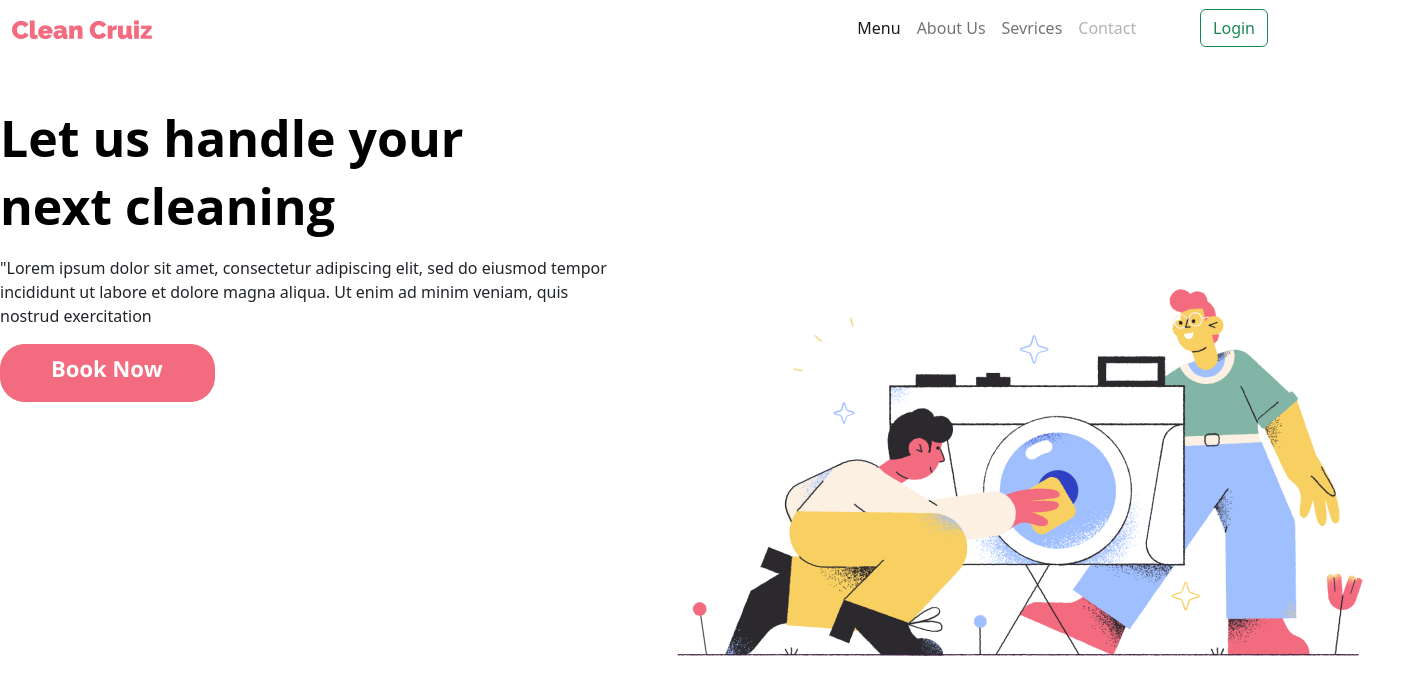
Repository: uy022/QuocUybaitapgiuaki
Page: index.html
These files come from the project's save history. The page is drawn as it stood at one moment and after the next save; the edit follows.
The browser window is 1280 px wide. The page is 1423 px wide, then 1367 px, then 1423 px, so the pictures cover 1423 px, including what lies to the right of the window. The pictures show the whole page.

Above is the page before, as saved 2022-08-30 23:20:04.

### index.html
<!DOCTYPE html>
<html>
    <head>
        <title> Bài tập giữa kỳ </title>
        <link href="node_modules/bootstrap/dist/css/bootstrap.min.css" rel="stylesheet" />
       <link rel="stylesheet" href="./css/style1.css">
    </head>
    <body>

        <div class="menu">
            <nav class="navbar navbar-expand-lg menu1">
                <div class="container-fluid">
                  <div class="col-md-8 logo">
                    <img src="./imgs/Clean Cruiz LOGO 1.png" alt="">
                  </div>
                  <button class="navbar-toggler" type="button" data-bs-toggle="collapse" data-bs-target="#navbarSupportedContent" aria-controls="navbarSupportedContent" aria-expanded="false" aria-label="Toggle navigation">
                    <span class="navbar-toggler-icon"></span>
                  </button>
                  <div class="collapse navbar-collapse" id="navbarSupportedContent">
                    <ul class="navbar-nav me-auto  mb-2 mb-lg-0">
                      <li class="nav-item">
                        <a class="nav-link active" aria-current="page" href="#">Menu</a>
                      </li>
                      <li class="nav-item">
                        <a class="nav-link" href="#">About Us</a>
                      </li>
                      <li class="nav-item">
                        <a class="nav-link" href="#">Sevrices</a>
                      </li>
                      <li class="nav-item">
                        <a class="nav-link disabled">Contact</a>
                      </li>
                    </ul>
                    <form class="d-flex" >
                      <button class="btn btn-outline-success" type="submit">Login</button>
                    </form>
                  </div>
                </div>
              </nav>
        </div>


        <div class="content">
          <div class=" container1">
              <div class="title mt-5">
                <p>Let us handle your <br> next cleaning</p>
              </div>
              <div class="row">
                  <div class="col-6">
                      <div class="item">
                          <p>
                            "Lorem ipsum dolor sit amet, consectetur adipiscing elit, sed do eiusmod tempor incididunt ut labore et dolore magna aliqua. Ut enim ad minim veniam, quis nostrud exercitation
                          </p>
                          <div class="md-5">
                           <img src="./imgs/Book now.png" alt="">
                          </div>
                      </div>
                    </div>

                 <div class = "col-6">
                    <div class="anh" >
                        <img src="./imgs/Illustration 1 1.png" >
                    </div>
                 </div>
          </div>

        </div>




    </body>
    <script src="/node_modules/bootstrap/dist/js/bootstrap.min.js"> </script>
</html>

### css/style1.css
.title{
    font-family: 'Open Sans';
font-style: normal;
font-weight: 700;
font-size: 50px;
line-height: 68px;
color: #000000;
}
.fone{
    font-family: 'Open Sans';
font-style: normal;
font-weight: 300;
font-size: 16px;
line-height: 22px;

color: #000000;

}

Loaded but not shown: node_modules/bootstrap/dist/css/bootstrap.min.css (library); node_modules/bootstrap/dist/js/bootstrap.min.js (library)

After the next save:
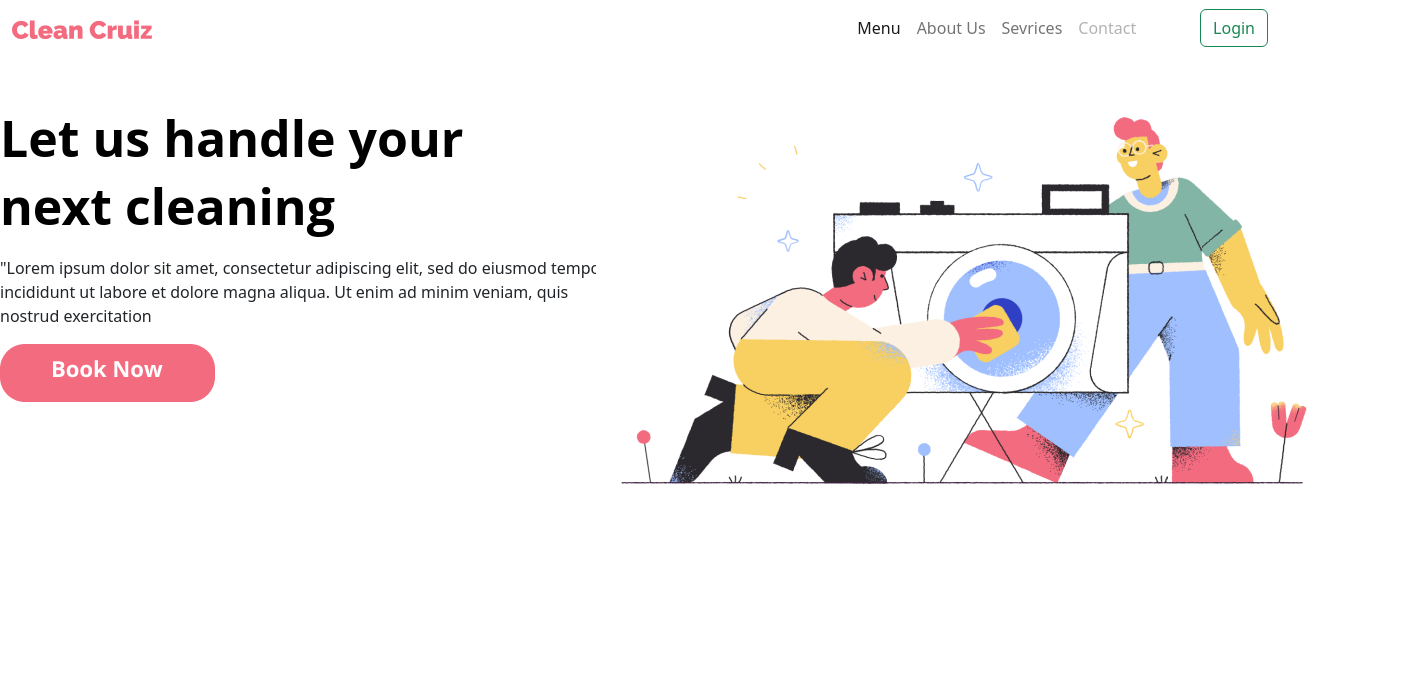
Saved 111 s later.
--- a/css/style1.css
+++ b/css/style1.css
@@ -16,3 +16,12 @@ line-height: 22px;
 color: #000000;
 
 }
+.anh{
+    position: absolute;
+width: 771px;
+height: 439px;
+left: 596px;
+top: 84px;
+
+background: url(Illustration 1.png);
+}

After the 2 saves that followed:
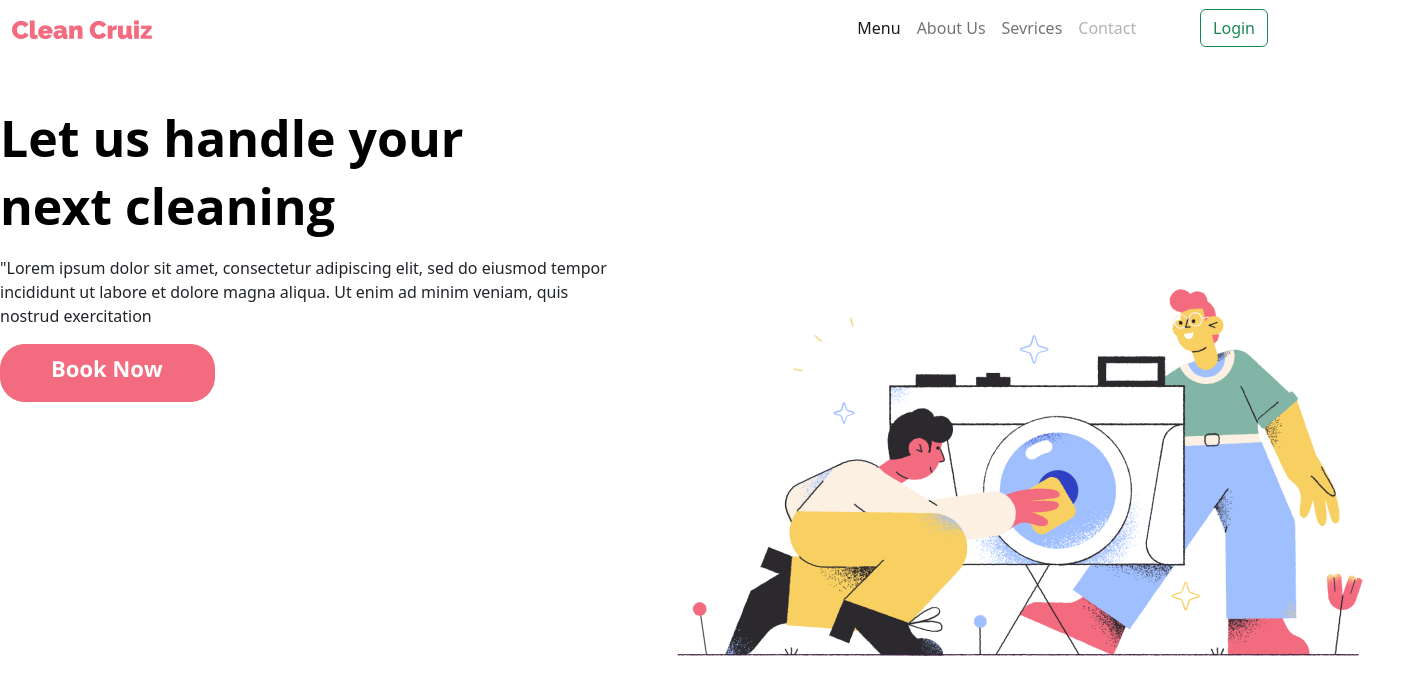
The 2 saves are shown as one change because 1 left the picture as it was.
The last was saved 73 s later.
--- a/css/style1.css
+++ b/css/style1.css
@@ -7,21 +7,19 @@ line-height: 68px;
 color: #000000;
 }
 .fone{
+    position: absolute;
+    width: 477px;
+    height: 165px;
+    left: 120px;
+    top: 294px;
+
     font-family: 'Open Sans';
-font-style: normal;
-font-weight: 300;
-font-size: 16px;
-line-height: 22px;
+    font-style: normal;
+    font-weight: 300;
+    font-size: 16px;
+    line-height: 22px;
 
-color: #000000;
+    color: #000000;
+
 
 }
-.anh{
-    position: absolute;
-width: 771px;
-height: 439px;
-left: 596px;
-top: 84px;
-
-background: url(Illustration 1.png);
-}
